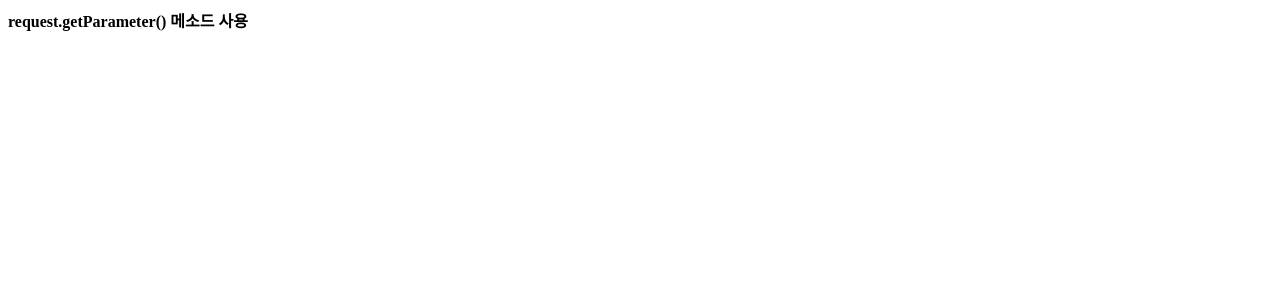
Repository: noopzzya/study_jsp_globalin
Page: http://localhost/ServletProject/implicit/viewParameter.jsp
The author's editor kept a copy of each file at every save. The page is drawn from the files as they stood at one save, then again after the next save.
The browser window is 1280 px wide. The pictures show the whole page.
The page is served by Tomcat 9. Other server files are loaded and not shown.

Above is the page before, as saved 2023-02-01 00:38:53.

### ServletProject/src/main/webapp/implicit/viewParameter.jsp
<%@ page language="java" contentType="text/html; charset=UTF-8"
    pageEncoding="UTF-8"%>

<%@ page import="java.util.Enumeration" %>
<%@ page import="java.util.Map" %>

<%
	request.setCharacterEncoding("utf-8");
%>

<!DOCTYPE html>
<html>
<head>
<meta charset="UTF-8">
<title>요청 파라미터 출력</title>
</head>
<body>

<b>request.getParameter() 메소드 사용</b><br>


</body>
</html>

After the next save:
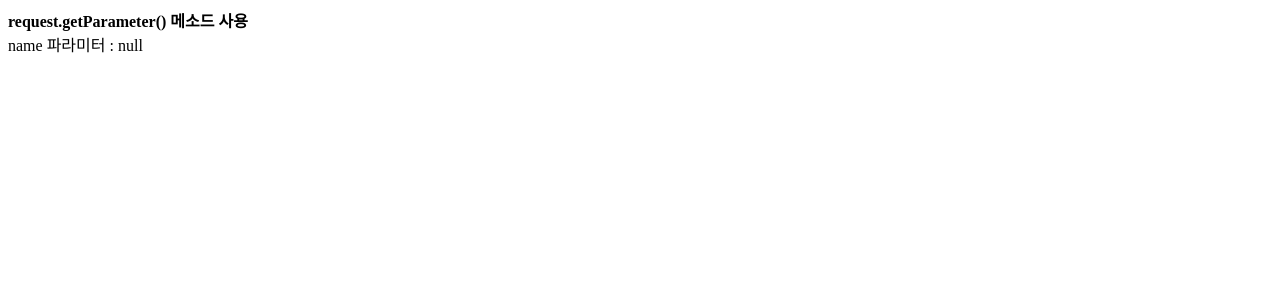
Saved 99 s later.
--- a/ServletProject/src/main/webapp/implicit/viewParameter.jsp
+++ b/ServletProject/src/main/webapp/implicit/viewParameter.jsp
@@ -18,6 +18,7 @@
 
 <b>request.getParameter() 메소드 사용</b><br>
 
+name 파라미터 : <%=request.getParameter("name") %>
 
 </body>
 </html>
